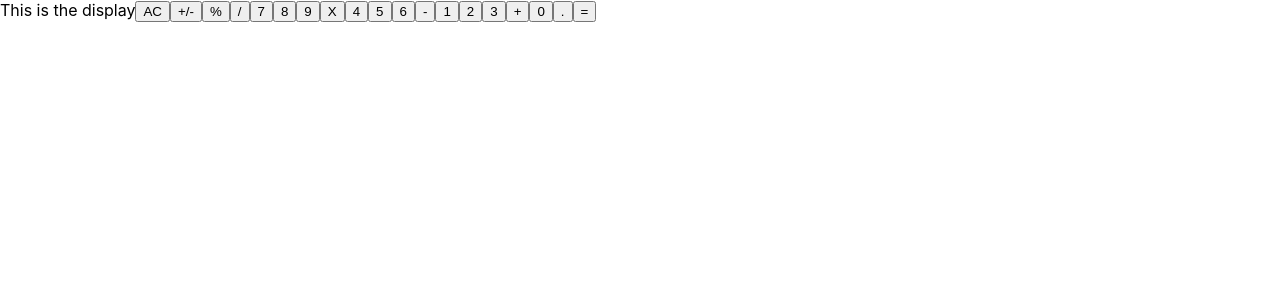
Repository: tenlekdan/react-calculator
Page: /
The author's editor kept a copy of each file at every save. The page is drawn from the files as they stood at one save, then again after the next save.
The browser window is 1280 px wide. The pictures show the whole page.
The project was rebuilt for these pictures with package versions that can differ from the ones it lists, and the page was loaded fresh each time.

Above is the page before, as saved 2020-04-19 20:23:40.

### src/App.js
import React from 'react';
import logo from './logo.svg';
import './App.css';
import Display from './components/Display';
import ButtonPanel from './components/ButtonPanel';

function App() {
  return (
    <div className="App">
      <Display text={"This is the display"} />
     <ButtonPanel />
    </div>
  );
}

export default App;

### src/components/Display.js
import React from 'react'

function Display({text}) {
    return (
        <div>
            <div>{text}</div>
        </div>
    )
}

export default Display

### src/components/ButtonPanel.js
import React, { Component } from 'react'
import Buttons from './Buttons'

class ButtonPanel extends Component {
    render() {
        return (
            <div>
                <div className="row">
                    <Buttons buttonName={"AC"} />
                    <Buttons buttonName={"+/-"} />
                    <Buttons buttonName={"%"} />
                    <Buttons buttonName={"/"} />
                </div>
                <div className="row">
                    <Buttons buttonName={"7"} />
                    <Buttons buttonName={"8"} />
                    <Buttons buttonName={"9"} />
                    <Buttons buttonName={"X"} />
                </div>
                <div className="row">
                    <Buttons buttonName={"4"} />
                    <Buttons buttonName={"5"} />
                    <Buttons buttonName={"6"} />
                    <Buttons buttonName={"-"} />
                </div>
                <div className="row">
                    <Buttons buttonName={"1"} />
                    <Buttons buttonName={"2"} />
                    <Buttons buttonName={"3"} />
                    <Buttons buttonName={'+'} />
                </div>
                <div className="row">

                    <Buttons buttonName={"0"} />
                    <Buttons buttonName={"."} />
                    <Buttons buttonName={"="} />
                </div>
            </div>
        )
    }
}

export default ButtonPanel

### src/components/Buttons.js
import React from 'react'
import style from './Buttons.module.css';
function Buttons({buttonName}) {
    return (
        <div>
            <button>{buttonName}</button>
        </div>
    )
}

export default Buttons

### src/components/Buttons.module.css
div{
    display: inline;
}

### src/components/ButtonPanel.module.css
.row{
    display: block;
}

Loaded but not shown: public/index.html (common file); src/index.js (common file); src/index.css (common file); src/serviceWorker.js (common file); src/App.css (common file)

After the next save:
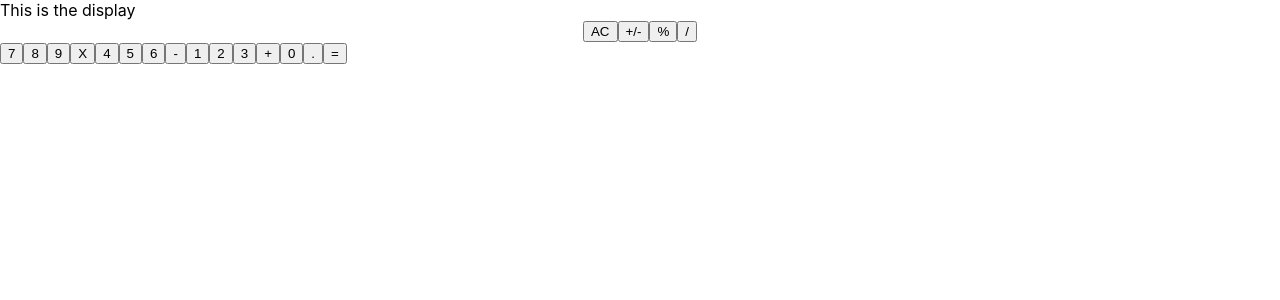
Saved 46 s later.
--- a/src/components/ButtonPanel.js
+++ b/src/components/ButtonPanel.js
@@ -1,11 +1,11 @@
 import React, { Component } from 'react'
 import Buttons from './Buttons'
-
+import style from './ButtonPanel.module.css'
 class ButtonPanel extends Component {
     render() {
         return (
             <div>
-                <div className="row">
+                <div className={style.row}>
                     <Buttons buttonName={"AC"} />
                     <Buttons buttonName={"+/-"} />
                     <Buttons buttonName={"%"} />
